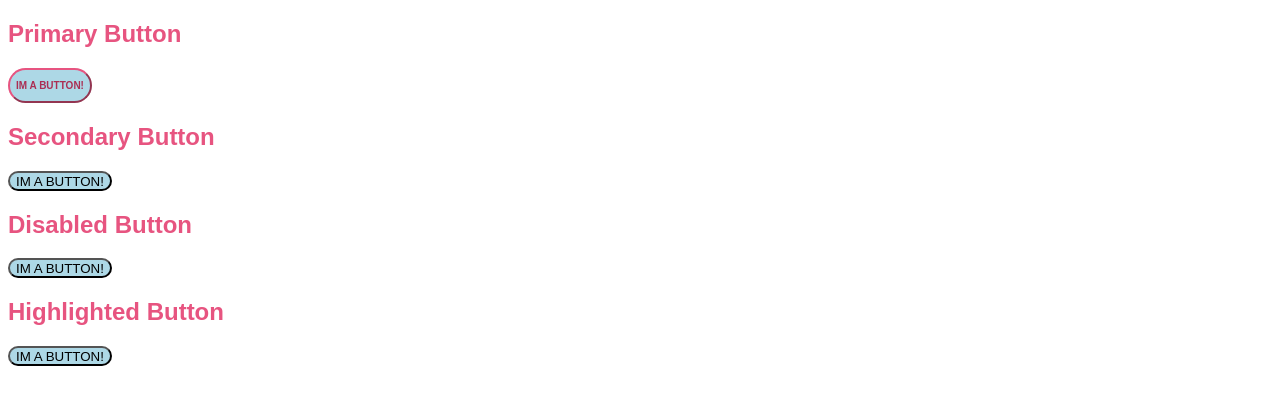
Repository: Jvien2/3126-repo
Page: index.html
An editor plug-in stored every save of this project. The page is shown before and after the next save, followed by the edit.
The browser window is 1280 px wide. The pictures show the whole page.

Above is the page before, as saved 2026-10-01 01:05:02.
Not found: code.js

After the next save:
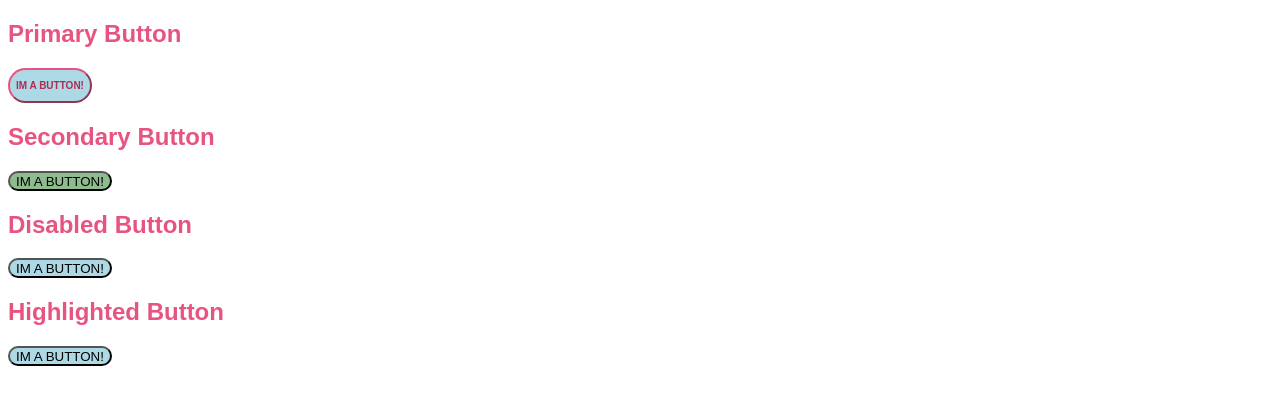
Saved 66 s later.
--- a/style.css
+++ b/style.css
@@ -18,3 +18,8 @@ h2 {
     font-weight: bold;
     border-color: #e75480;
 }
+
+
+.btn-secondary {
+     background-color:darkseagreen;
+}
